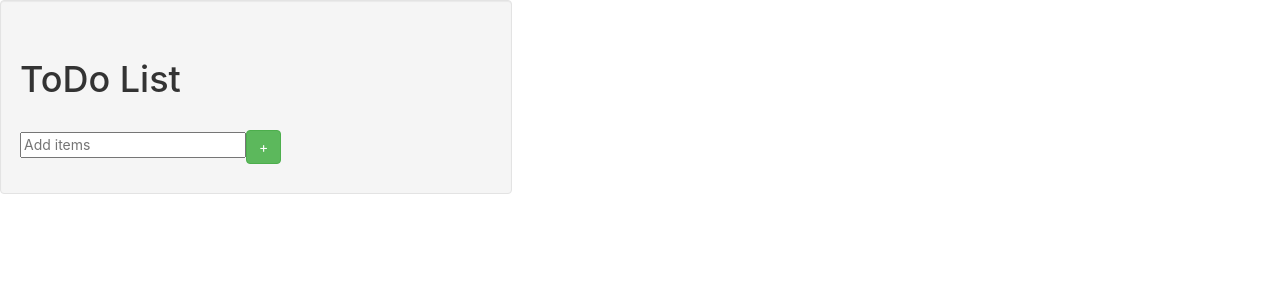
Repository: arpana23/Todo-list
Page: /
The author's editor kept a copy of each file at every save. The page is drawn from the files as they stood at one save, then again after the next save.
The browser window is 1280 px wide. The pictures show the whole page.
Some web libraries are served in a nearby version. The project was rebuilt for these pictures with package versions that can differ from the ones it lists, and the page was loaded fresh each time. Also part of the build but not shown: src/Todolist.js.

Above is the page before, as saved 2021-04-14 17:49:35.

### public/index.html
<!DOCTYPE html>
<html lang="en">
  <head>
    <meta charset="utf-8" />
    <link rel="icon" href="%PUBLIC_URL%/favicon.ico" />
    <meta name="viewport" content="width=device-width, initial-scale=1" />
    <meta name="theme-color" content="#000000" />
    <meta
      name="description"
      content="Web site created using create-react-app"
    />
    <link rel="apple-touch-icon" href="%PUBLIC_URL%/logo192.png" />
    <!--
      manifest.json provides metadata used when your web app is installed on a
      user's mobile device or desktop. See https://developers.google.com/web/fundamentals/web-app-manifest/
    -->
    <script src="https://kit.fontawesome.com/94ade1d1ca.js" crossorigin="anonymous"></script>
    <link rel="manifest" href="%PUBLIC_URL%/manifest.json" />
    <!-- Latest compiled and minified CSS -->
    <link rel="stylesheet" href="https://maxcdn.bootstrapcdn.com/bootstrap/3.4.1/css/bootstrap.min.css">

    <!-- jQuery library -->
    <script src="https://ajax.googleapis.com/ajax/libs/jquery/3.5.1/jquery.min.js"></script>

    <!-- Latest compiled JavaScript -->
    <script src="https://maxcdn.bootstrapcdn.com/bootstrap/3.4.1/js/bootstrap.min.js"></script>
    <!--
      Notice the use of %PUBLIC_URL% in the tags above.
      It will be replaced with the URL of the `public` folder during the build.
      Only files inside the `public` folder can be referenced from the HTML.

      Unlike "/favicon.ico" or "favicon.ico", "%PUBLIC_URL%/favicon.ico" will
      work correctly both with client-side routing and a non-root public URL.
      Learn how to configure a non-root public URL by running `npm run build`.
    -->
    <title>React App</title>
  </head>
  <body>
    <noscript>You need to enable JavaScript to run this app.</noscript>
    <div id="root"></div>
    <!--
      This HTML file is a template.
      If you open it directly in the browser, you will see an empty page.

      You can add webfonts, meta tags, or analytics to this file.
      The build step will place the bundled scripts into the <body> tag.

      To begin the development, run `npm start` or `yarn start`.
      To create a production bundle, use `npm run build` or `yarn build`.
    -->
  </body>
</html>

### src/App.js
import React, { useState } from 'react';
import Todolist from './Todolist';
import './App.css';

const App = () => {


  const [inputItem , setInputItem] = useState("");
  const [itemList , setItemList] = useState([]);

  const handleChange = (e) => {
    setInputItem(e.target.value);
  }

  const addItems = (e) => {
    e.preventDefault();
    setItemList((olditems) => {
      return [...olditems, inputItem];
    });
    setInputItem("");
  }

  const updateItem = (id) => {
    let item =  itemList.map((olditems,index,data) => {
      if(index === id) {
        setInputItem(data.splice(index,1));
        olditems = !olditems;
      }
      return [olditems];
      }
    )
    return item;
  }

  const deleteItem = (id) => {
    setItemList((olditems) => {
      return olditems.filter((arrElement,index) => {
        return index !== id;
        // if(index !== id) {
        //   return [...arrElement];
        // }
      })
    })
  }


 return (
  <>
    <div className="main-container">
      <div className="flex-container">
        <div className="well">
          <br />
            <h1 className="title">ToDo List</h1>
          <br />
          <div>
            <input type="text" placeholder="Add items" value={inputItem} onChange={handleChange}/>
            <button type="submit" className={`btn text-center ${setInputItem !== '' ? 'btn-success' : 'btn-success text-blur'}`}   onClick={addItems}> + </button>
            <ul>
              {
                itemList.map((data,index) => {
                  return <Todolist
                  key= {index}
                  id= {index}
                  list= {data}
                  onEdit= {updateItem}
                  onSelect= {deleteItem}
                  />
                })
              }
            </ul>
          </div>
        </div>
      </div>
    </div>

  </>
 )
}

export default App;

### src/App.css
.App {
  text-align: center;
}

.main-container {
  display: flex;
  flex-direction: column;
  /* justify-content: center; */
  margin: 0 auto;
}

.flex-container {
  display: flex;
  flex-direction: row;
  /* justify-content: center;
  align-items: center; */

}

.well {
  /* background-color: black; */
  width: 40%;
}

Loaded but not shown: src/index.js (common file); src/index.css (common file); src/reportWebVitals.js (common file)

After the next save:
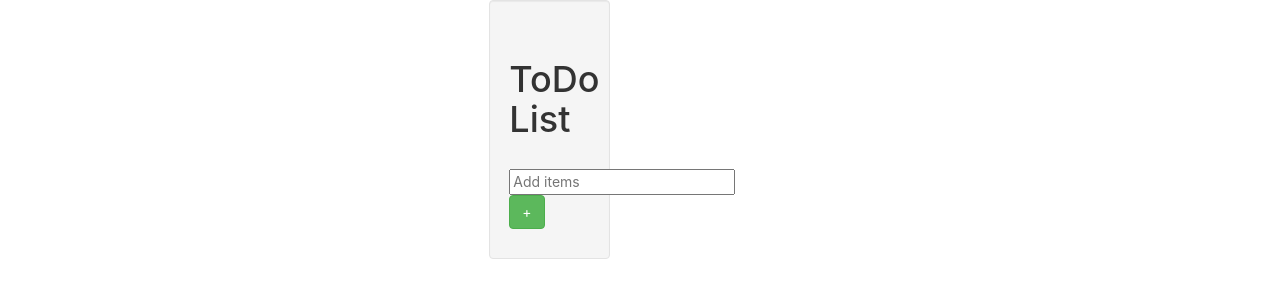
Saved 35 s later.
--- a/src/App.css
+++ b/src/App.css
@@ -6,7 +6,6 @@
   display: flex;
   flex-direction: column;
   /* justify-content: center; */
-  margin: 0 auto;
 }
 
 .flex-container {
@@ -14,6 +13,8 @@
   flex-direction: row;
   /* justify-content: center;
   align-items: center; */
+  margin: 0 auto;
+
 
 }
 

After the 2 saves that followed:
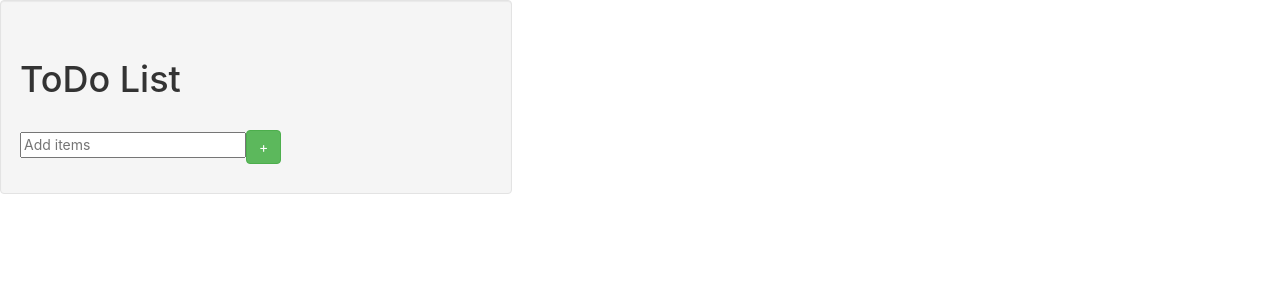
The 2 saves are shown as one change because 1 left the picture as it was.
The last was saved 28 s later.
--- a/src/App.css
+++ b/src/App.css
@@ -5,15 +5,14 @@
 .main-container {
   display: flex;
   flex-direction: column;
-  /* justify-content: center; */
+  justify-content: center;
 }
 
 .flex-container {
   display: flex;
-  flex-direction: row;
+  flex-direction: column;
   /* justify-content: center;
   align-items: center; */
-  margin: 0 auto;
 
 
 }
